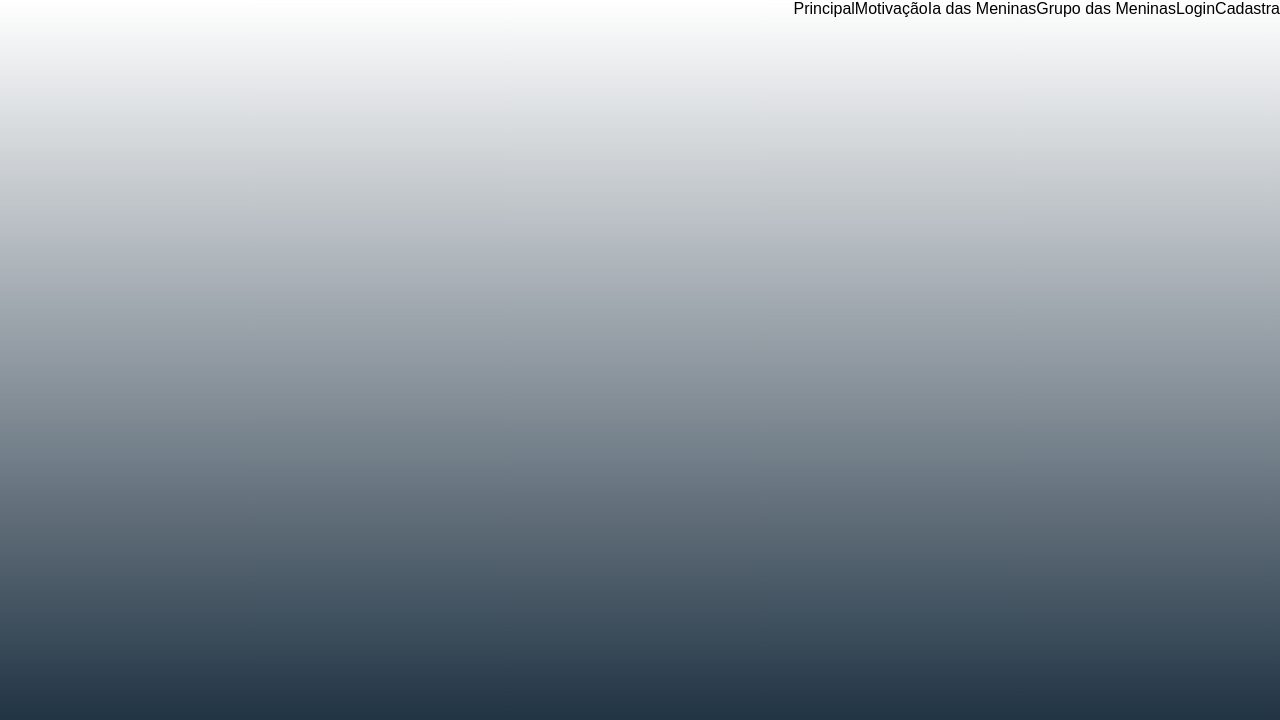
Repository: joaobatistafrontend/pref
Page: http://localhost/
The author's editor kept a copy of each file at every save. The page is drawn from the files as they stood at one save, then again after the next save.
The browser window is 1280 px wide. The pictures show the whole page.
The page is served by the project's application, run on Django 4.2 (manage.py). Other server files are loaded and not shown.

Above is the page before, as saved 2024-07-26 14:53:11.

### templates/index.html
{% load  static %}
<!DOCTYPE html>
<html lang="en">
<head>
    <meta charset="UTF-8">
    <meta name="viewport" content="width=device-width, initial-scale=1.0">
    <title>Document</title>

    {% load static %}
    <link rel="stylesheet" href="{% static 'css/index.css' %}"></head>
<body>
        <nav>
            <ul>
                <li><a href="">Principal</a></li>
                <li><a href="">Motivação</a></li>
                <li><a href="">Ia das Meninas</a></li>
                <li><a href="">Grupo das Meninas</a></li>
                <li><a href="">Login</a></li>
                <li><a href="">Cadastra</a></li>
            </ul>
        </nav>
</body>
</html>

### chat_app/views.py
#https://espere.in/Build-your-chatbot-with-the-power-of-Gemini-API-using-Django/
from django.shortcuts import render, reverse
from django.contrib.auth.decorators import login_required
from .models import ChatBot
from django.http import HttpResponseRedirect, JsonResponse
import google.generativeai as genai
from .treinamentos import contexto_inicial, contexto_de_estudos
#chave api
genai.configure(api_key="AIzaSyCkg2khwEkqTQ7kYa8gVzsz2bWWpweUEO8")


@login_required
def ask_question(request):
    if request.method == "POST":
        text = request.POST.get("text")#receber o texto do user
        model = genai.GenerativeModel("gemini-pro")#modelo da ia

        chat = model.start_chat()#iniciar um chat

        #receber o texto do usuario como parametro
        response = chat.send_message(f"O assunto que vamos conversar é sobre responder perguntas frequentes e prestar suporte a assuntos relacionados às políticas públicas voltadas para as mulheres. Tenha conhecimento e forneça aconselhamento acessível para o {user}. Use as seguintes leis e contextos para ajudar: {contexto_inicial} e {contexto_de_estudos}. Foque em dados do Ceará. Mantenha o foco em responder perguntas frequentes e prestar suporte a assuntos relacionados às políticas públicas voltadas para as mulheres."
)
        user = request.user #ususario
        ChatBot.objects.create(text_input=text, gemini_output=response.text, user=user)#criar um batepapo

        response_data = {#extrair apenas a resposta
            "text": response.text,  #tranforma a resposta em texto
        }
        return JsonResponse({"data": response_data})
    else:
        return HttpResponseRedirect(
            reverse("chat")
        )


@login_required
def chat(request):
    user = request.user #saber o user autenticado
    chats = ChatBot.objects.filter(user=user)
    return render(request, "chat_bot.html", {"chats": chats})

def index(request):

    return render(request, "index.html")

### chatbot/urls.py

from django.contrib import admin
from django.urls import path, include

urlpatterns = [
    path('admin/', admin.site.urls),
    path('', include('chat_app.urls'))
]

### chat_app/urls.py

from django.contrib import admin
from django.urls import path, include
from . import views

urlpatterns = [
    path("", views.index, name="index"),
    path("ask_question/", views.ask_question, name="ask_question"),
]

### chat_app/treinamentos.py
#visão geral das políticas públicas para mulheres no Brasil
contexto_inicial = (
    "1. Visão Geral: As políticas públicas para as mulheres no Brasil têm evoluído ao longo dos anos, refletindo mudanças nas normas sociais, avanços no movimento feminista e maior reconhecimento dos direitos das mulheres.\n\n"

    "2. Marcos Históricos:\n"
    "* Criação do Conselho Nacional dos Direitos da Mulher (CNDM) em 1985.\n"
    "* Aprovação da Lei do Divórcio (Lei 6.515/1977) e da Lei dos Crimes Hediondos (Lei 8.072/1990), que incluía o feminicídio como crime hediondo.\n"
    "* Aprovação da Lei de Igualdade Salarial (Lei 7.855/1989).\n"
    "* Criação das Delegacias de Defesa da Mulher.\n\n"

    "3. Leis e Programas Recentes:\n"
    "* Aprovação da Lei Maria da Penha em 2006.\n"
    "* Criação do Programa Bolsa Família em 2003.\n"
    "* Criação do Programa de Assistência Integral à Saúde da Mulher (PAISM).\n"
    "* Política Nacional de Enfrentamento à Violência contra as Mulheres.\n\n"

    "4. Outras Iniciativas Importantes:\n"
    "* Lei de Cotas para Mulheres em Eleições em 1997.\n"
    "* Criação do Programa Pronatec Mulheres em 2011.\n"
    "* Aprovação da Lei do Feminicídio (Lei 13.104/2015).\n\n"

    "5. Medidas Recentes:\n"
    "* Lei da Importunação Sexual (Lei 13.718/2018).\n"
    "* Criação do Ligue 180 em 2013.\n"
    "* Plano Nacional de Políticas para as Mulheres (PNPM).\n"
    "* Política Nacional de Saúde Mental e Direitos das Mulheres.\n"
    "* Medidas para Promover a Igualdade de Gênero no Mercado de Trabalho.\n\n"
)

contexto_de_estudos = (
    "1. Legislação e Normas:\n"
    "  * Leis federais e estaduais: Lei Maria da Penha, Lei do Feminicídio, etc.\n"
    "  * Decretos e portarias.\n"
    "  * Normas técnicas.\n\n"

    "2. Programas e Iniciativas:\n"
    "  * Programas governamentais.\n"
    "  * Iniciativas de ONGs.\n\n"

    "3. Serviços Disponíveis:\n"
    "  * Centros de Atendimento.\n"
    "  * Telefones de Emergência.\n\n"

    "4. Estatísticas e Estudos:\n"
    "  * Dados estatísticos.\n"
    "  * Estudos e pesquisas.\n\n"

    "5. Direitos e Benefícios:\n"
    "  * Direitos das mulheres.\n"
    "  * Benefícios sociais.\n\n"

    "6. Processos e Procedimentos:\n"
    "  * Como acessar serviços.\n"
    "  * Procedimentos legais.\n\n"

    "7. Educação e Capacitação:\n"
    "  * Cursos e treinamentos.\n"
    "  * Campanhas educativas.\n\n"

    "8. Informações Regionais:\n"
    "  * Especificidades locais.\n\n"

    "Fontes de Dados:\n"
    "  * Sites oficiais do governo.\n"
    "  * Organizações internacionais.\n"
    "  * Instituições de pesquisa.\n"
    "  * Documentos legais.\n"
)

### static/css/index.css
*{
    margin: 0;
    padding: 0;
    font-family:sans-serif;
}
body{
    height: 100vh;
    background: linear-gradient(transparent, #213444);
    font-family: Arial, Helvetica, sans-serif;

}
.nav{
    background-color: #fff;
}

nav ul{
    width: 100%;
    list-style: none;
    display: flex;
    justify-content: flex-end;
    align-items: center;
}
nav li{
    height: 50px;
}
nav a {
    height: 100%;
    padding: o 30px;
    text-decoration: none;
    display: flex;
    align-self: center;
    color: #000;
}

After the next save:
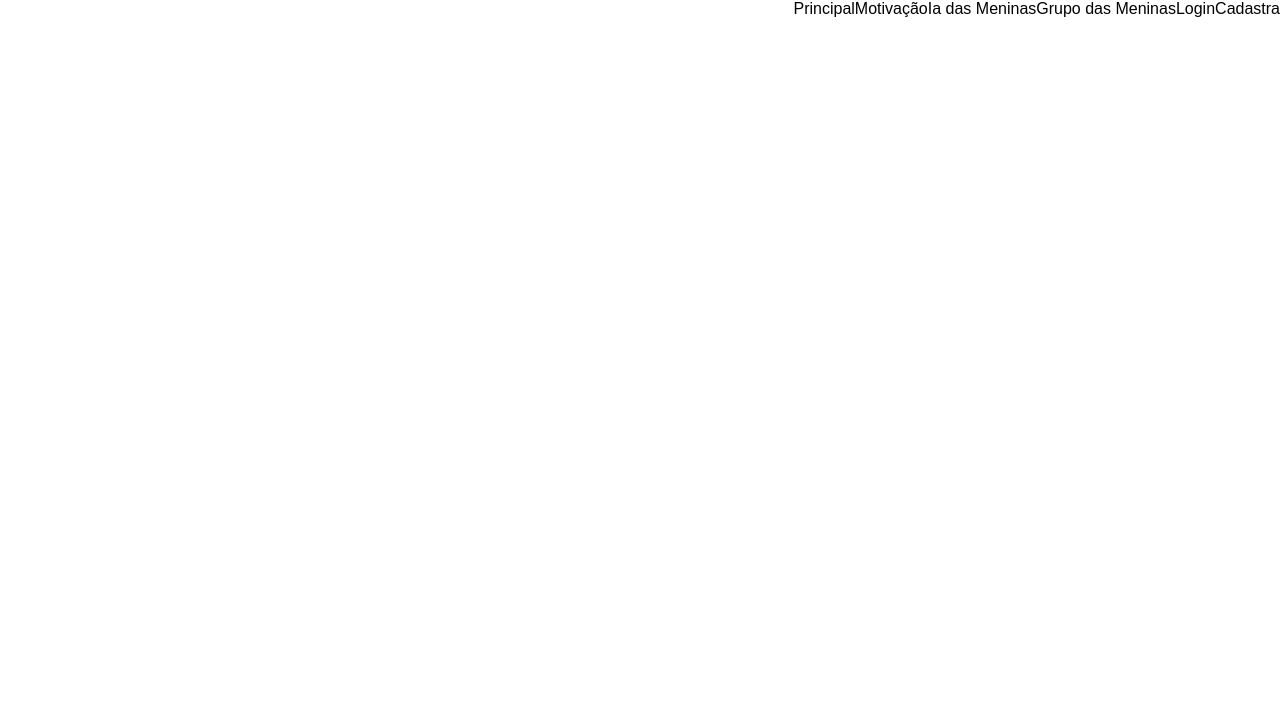
Saved 23 s later.
--- a/static/css/index.css
+++ b/static/css/index.css
@@ -5,7 +5,7 @@
 }
 body{
     height: 100vh;
-    background: linear-gradient(transparent, #213444);
+    /* background: linear-gradient(transparent, #213444); */
     font-family: Arial, Helvetica, sans-serif;
 
 }

After the save that followed:
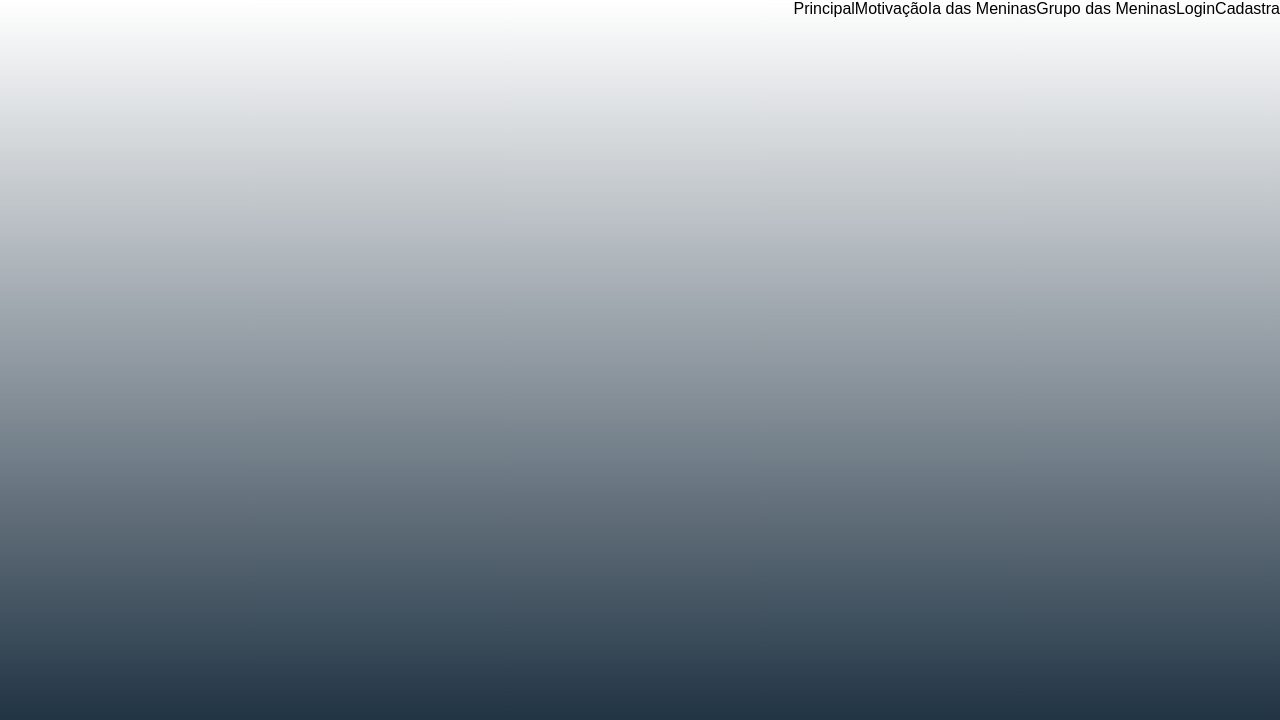
Saved 16 s later.
--- a/static/css/index.css
+++ b/static/css/index.css
@@ -5,7 +5,7 @@
 }
 body{
     height: 100vh;
-    /* background: linear-gradient(transparent, #213444); */
+    background: linear-gradient(transparent, #213444);
     font-family: Arial, Helvetica, sans-serif;
 
 }
